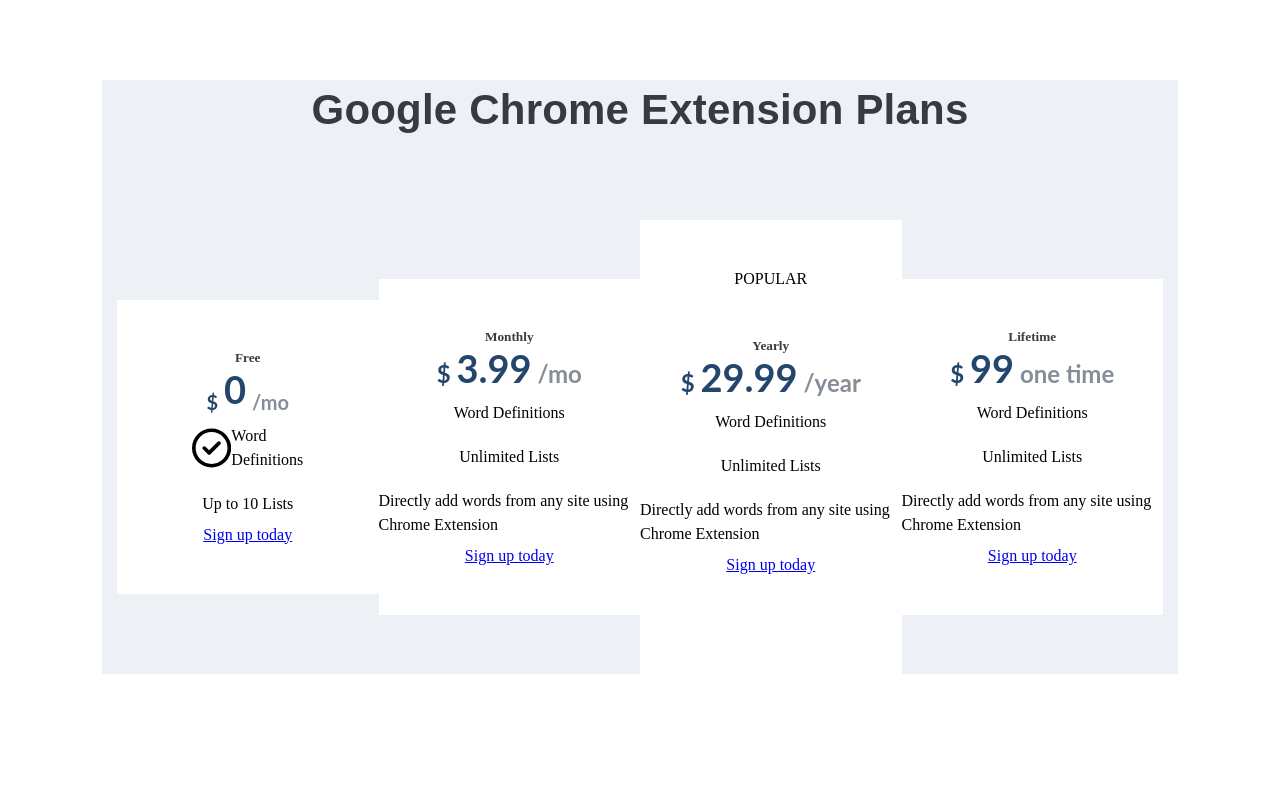
Repository: Novoselets28/chatos-test-task
Page: index.html
The author's editor kept a copy of each file at every save. The page is drawn from the files as they stood at one save, then again after the next save.
The browser window is 1280 px wide. The pictures show the whole page.

Above is the page before, as saved 2023-04-19 18:25:00.

### index.html
<!DOCTYPE html>
<html lang="en">
<head>
    <meta charset="UTF-8">
    <meta http-equiv="X-UA-Compatible" content="IE=edge">
    <meta name="viewport" content="width=device-width, initial-scale=1.0">
    <link rel="stylesheet" type="text/css" href="index.css" />
    <link rel="stylesheet" href="https://cdnjs.cloudflare.com/ajax/libs/font-awesome/6.0.0/css/all.min.css">
    <link rel="preconnect" href="https://fonts.googleapis.com">
    <link rel="preconnect" href="https://fonts.gstatic.com" crossorigin>
    <link href="https://fonts.googleapis.com/css2?family=Arimo:wght@400;700&family=Rubik&display=swap" rel="stylesheet">
    <title>Document</title>
</head>
<body>
    <div class="page__extension extension">
        <div class="extension__container _container">
            <div class="extension__header header-block">
                <h2 class="header-block__title">Google Chrome Extension Plans</h2>
            </div>
            <div class="extension__items">
                <!-- Modern pricing table - Free -->
                <div class="extension__item item-extension">
                        <h5 class="item-extension__title">Free</h5>
                        <div class="item-extension__price price-item">
                            <sub class="price-item__dollar">$</sub>
                            <span class="price-item__number">0</span>
                            <sub class="price-item__label">/mo</sub>
                        </div>
                        <div class="item-extension__points">
                            <ul class="item-extension__point point-list">
                                <li class="point-list__item">
                                    <svg xmlns="http://www.w3.org/2000/svg" viewBox="0 0 512 512"><!--! Font Awesome Pro 6.4.0 by @fontawesome - https://fontawesome.com License - https://fontawesome.com/license (Commercial License) Copyright 2023 Fonticons, Inc. --><path d="M256 48a208 208 0 1 1 0 416 208 208 0 1 1 0-416zm0 464A256 256 0 1 0 256 0a256 256 0 1 0 0 512zM369 209c9.4-9.4 9.4-24.6 0-33.9s-24.6-9.4-33.9 0l-111 111-47-47c-9.4-9.4-24.6-9.4-33.9 0s-9.4 24.6 0 33.9l64 64c9.4 9.4 24.6 9.4 33.9 0L369 209z"/></svg>
                                        Word Definitions
                                </li>
                                <li class="point-list__item">
                                    <i class="point-list__icon"></i>
                                        Up to 10 Lists
                                </li>
                            </ul>
                        </div>
                        <a href="https://boostvocab.com/register" class="item-extension__button">Sign up today</a>
                </div>
                <!-- END : Modern pricing table - Free -->
                <!-- Modern pricing table - MOnthly -->
                <div class="extension__item item-extension">
                        <h5 class="item-extension__title">Monthly</h5>
                        <div class="item-extension__price price-item">
                            <span class="price-item__dollar">$</span>
                            <span class="price-item__number">3.99</span>
                            <span class="price-item__label">/mo</span>
                        </div>
                        <div class="item-extension__points">
                            <ul class="item-extension__point point-list">
                                <li class="point-list__item">
                                    <i class="point-list__icon"></i>
                                        Word Definitions
                                </li>
                                <li class="point-list__item">
                                    <i class="point-list__icon"></i>
                                        Unlimited Lists
                                </li>
                                <li class="point-list__item">
                                    <i class="point-list__icon"></i>
                                        Directly add words from any site using Chrome Extension
                                </li>
                            </ul>
                        </div>
                        <a target="new" href="https://buy.stripe.com/5kAdRpbLh3k71RS6oo" class="item-extension__button">Sign up today</a>
                </div>
                <!-- END : Modern pricing table - Monthly -->
                <!-- Modern pricing table - Yearly -->
                <div class="extension__item item-extension" style="z-index: 2;">
                        <div class="ribbon"><span>POPULAR</span></div>
                        <div class="extension__item item-extension">
                            <h5 class="item-extension__title">Yearly</h5>
                            <div class="item-extension__price price-item">
                                <span class="price-item__dollar">$</span>
                                <span class="price-item__number">29.99</span>
                                <span class="price-item__label">/year</span>
                            </div>
                            <div class="item-extension__points">
                               <ul class="item-extension__point point-list">
                                    <li class="point-list__item">
                                        <i class="point-list__icon"></i>
                                            Word Definitions
                                    </li>
                                    <li class="point-list__item">
                                        <i class="point-list__icon"></i>
                                            Unlimited Lists
                                    </li>
                                    <li class="point-list__item">
                                        <i class="point-list__icon"></i>
                                            Directly add words from any site using Chrome Extension
                                    </li>
                                </ul>
                            </div>
                            <a target="new" href="https://buy.stripe.com/aEU6oX3eL6wjdAA7st" class="item-extension__button">Sign up today</a>
                        </div>
                </div>
                <!-- END : Modern pricing table - Yearly -->
                <!-- Modern pricing table - Lifetime -->
                <div class="extension__item item-extension">
                        <h5 class="item-extension__title">Lifetime</h5>
                        <div class="item-extension__price price-item">
                            <span class="price-item__dollar">$</span>
                            <span class="price-item__number">99</span>
                            <span class="price-item__label">one time</span>
                        </div>
                        <div class="item-extension__points">
                            <ul class="item-extension__point point-list">
                                <li class="point-list__item">
                                    <i class="point-list__icon"></i>
                                        Word Definitions
                                </li>
                                <li class="point-list__item">
                                    <i class="point-list__icon"></i>
                                        Unlimited Lists
                                </li>
                                <li class="point-list__item">
                                    <i class="point-list__icon"></i>
                                        Directly add words from any site using Chrome Extension
                                </li>
                            </ul>
                        </div>
                        <a target="new" href="https://buy.stripe.com/4gwfZxbLh8Er54428a" class="item-extension__button">Sign up today</a>
                    <!-- END : Modern pricing table - Lifetime -->

                </div>
            </div>
        </div>
    </div>
</body>
</html>

### index.css
*{
    margin: 0;
    padding: 0;
    box-sizing: border-box;
}

.page__extension {

}

.extension{
    padding: 80px 0px 136px 0px;
}

.extension__container{
    background-color: #edf0f5;
}

._container{
    max-width: 1046px;
    padding: 0 15px;
    margin: 0 auto;
    box-sizing: content-box;
}

.extension__header{
    margin: 0 0 80px 0;
}

.header-block{
    text-align: center;
    /* letter-spacing: 0.2px; */
}

.header-block__title{
    font-family: 'Arimo', sans-serif;
    font-size: 42px;
    letter-spacing: 0.2px;
    font-weight: 700;
    line-height: 142%;
    color: #363b3f;
}

.extension__items{
    display: flex;
    align-items: center;
}

.extension__item{
    flex: 0 1 33.333%;
}

.item-extension{
    display: flex;
    flex-direction: column;
    justify-content: center;
    align-items: center;
    background-color: #fff;
    padding: 50px 0;
}

.item-extension__title{
    color: #373d42;
}

.item-extension__price{
    color: #24466c;
}

.price-item{
    margin: 0;
    font-size: 24px;
    font-family: "Lato";
    font-weight: bold;
}

.price-item__dollar{

}

.price-item__number{
    text-transform: uppercase;
    font-size: 38px;
}

.price-item__label{
    color: #878d96;
}

.item-extension__points{
    display: flex;
    flex-direction: column;
    justify-content: center;
    align-items: center;
}

.item-extension__point{
    color: inherit;
    font-weight: 400;
    line-height: 150%;
    font-size: 16px;
    display: flex;
    flex-direction: column;
    justify-content: space-around;
    align-items: center;
}

.point-list{

}

.point-list__item svg{
    content: "f058";
    font-family: "FontAwesome";
    font-size: 12px;
    line-height: 2;
    color: #96d35f;
}

.point-list__item{
    list-style-type: none;
    display: flex;
    justify-content: center;
    width: 100%;
    padding: 10px 0;
}

.point-list__icon{

}

.item-extension__button{

}

After the next save:
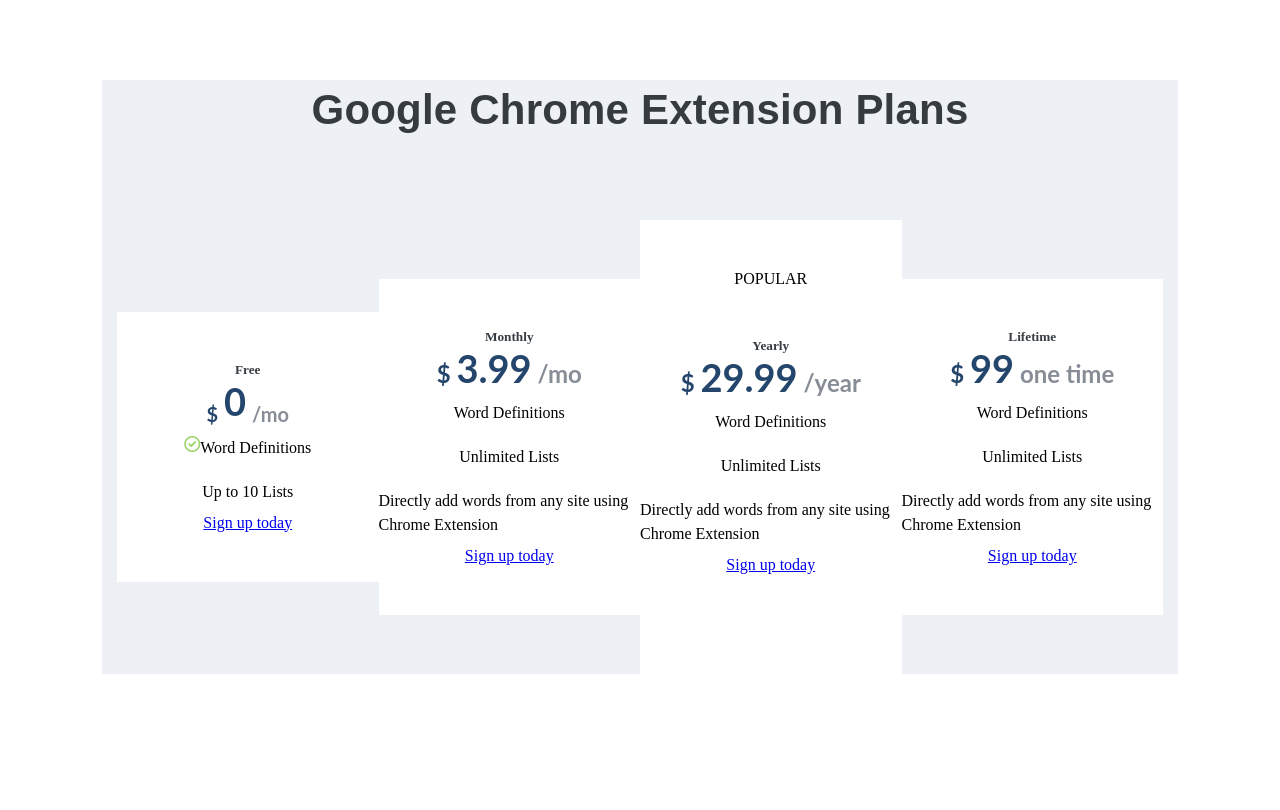
Saved 9 min 9 s later.
--- a/index.html
+++ b/index.html
@@ -29,7 +29,7 @@
                         <div class="item-extension__points">
                             <ul class="item-extension__point point-list">
                                 <li class="point-list__item">
-                                    <svg xmlns="http://www.w3.org/2000/svg" viewBox="0 0 512 512"><!--! Font Awesome Pro 6.4.0 by @fontawesome - https://fontawesome.com License - https://fontawesome.com/license (Commercial License) Copyright 2023 Fonticons, Inc. --><path d="M256 48a208 208 0 1 1 0 416 208 208 0 1 1 0-416zm0 464A256 256 0 1 0 256 0a256 256 0 1 0 0 512zM369 209c9.4-9.4 9.4-24.6 0-33.9s-24.6-9.4-33.9 0l-111 111-47-47c-9.4-9.4-24.6-9.4-33.9 0s-9.4 24.6 0 33.9l64 64c9.4 9.4 24.6 9.4 33.9 0L369 209z"/></svg>
+                                    <i class="icon fa-regular fa-circle-check" style="color: #96d35f;"></i>
                                         Word Definitions
                                 </li>
                                 <li class="point-list__item">
